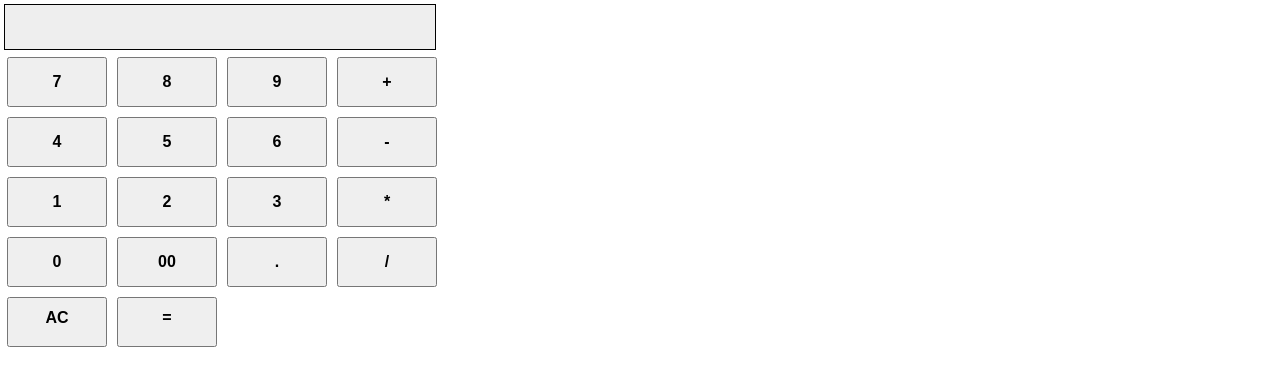
Repository: Kokoro-jp/calculatorApp
Page: index.html
The author's editor kept a record of every edit. The page is drawn from the files as they stood at one moment, then again after the next edit.
The browser window is 1280 px wide. The pictures show the whole page.

Above is the page before.

### index.html
<!DOCTYPE html>
    <html lang="ja">
      <head>
        <meta charset="utf-8">
        <link rel="stylesheet" href="main.css">
        <title>Calculator</title></title>
      </head>

      <body>
        <table>
          <tr>
            <td><div id="display"></div></td>
          </tr>

          <tr>
            <td><button onclick="clickbutton(this)">7</button></td>
            <td><button onclick="clickbutton(this)">8</button></td>
            <td><button onclick="clickbutton(this)">9</button></td>
            <td><button onclick="edit(this)">+</button></td>
          </tr>

          <tr>
            <td><button onclick="clickbutton(this)">4</button></td>
            <td><button onclick="clickbutton(this)">5</button></td>
            <td><button onclick="clickbutton(this)">6</button></td>
            <td><button onclick="edit(this)">-</button></td>
          </tr>

          <tr>
            <td><button onclick="clickbutton(this)">1</button></td>
            <td><button onclick="clickbutton(this)">2</button></td>
            <td><button onclick="clickbutton(this)">3</button></td>
            <td><button onclick="edit(this)">*</button></td>
          </tr>

          <tr>
            <td><button onclick="clickbutton(this)">0</button></td>
            <td><button onclick="clickbutton(this)">00</button></td>
            <td><button onclick="edit(this)">.</button></td>
            <td><button onclick="edit(this)">/</button></td>
          </tr>

          <tr>
            <td><button class="longbutton" onclick="reset(this)">AC</button></td>
            <td><button class="longbutton" onclick="equal(this)">=</button></td>
          </tr>

        </table>



      <script src="main.js"></script>
      </body>



    </html>

### main.css
*{
    margin: 0;
    padding: 0;
}


button{
    width: 100px;
    height: 50px;
    outline: none;
    box-shadow: none;
    margin: 5px;
    font-size: 16px;
    font-weight: bold;
}

#display{
    width: 426px;
    height: 40px;
    margin: 2px;
    background-color: #EEE;
    text-align: right;
    padding: 2px;
    box-shadow: none;
    outline: none;
    font-weight: bold;
    border: solid black 1px;
}


table{
    width:185px;
    table-layout: fixed;
    text-align: center;
}

.longbutton{
    display: flex;
    width: 100px;
    justify-content:center;
    padding-top: 10px;
}

tr{
    display: flex;
}

### main.js
let result = document.getElementById("display");

function equal() {
    result.innerHTML = eval(result.innerHTML);
}

function reset() {
    result.innerHTML ="";
}

function clickbutton(target){
    let input = target.innerHTML;
    if(result.innerHTML == "0" || result.innerHTML == "00") {
        result.innerHTML = input;
    }else{
        result.innerHTML +=input;
    }
}

function edit(target){
    let input = target.innerHTML;

    if(result.innerHTML.slice(-1) == "-") {
        return;
    }else if(result.innerHTML.slice(-1) == "+"){
        return;
    }else if(result.innerHTML.slice(-1) == "*"){
        return;
    }else if(result.innerHTML.slice(-1) == "/"){
        return;
    }else if(result.innerHTML.slice(-1) == "."){
        return;
    }else{
        result.innerHTML += input;
    }
}

After the next edit:
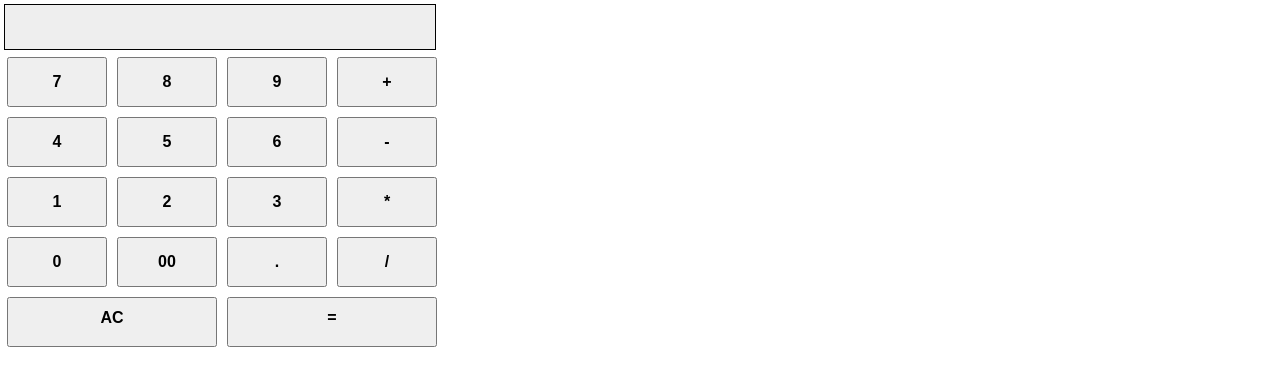
The edit:
--- a/main.css
+++ b/main.css
@@ -36,7 +36,7 @@
 
 .longbutton{
     display: flex;
-    width: 100px;
+    width: 210px;
     justify-content:center;
     padding-top: 10px;
 }
